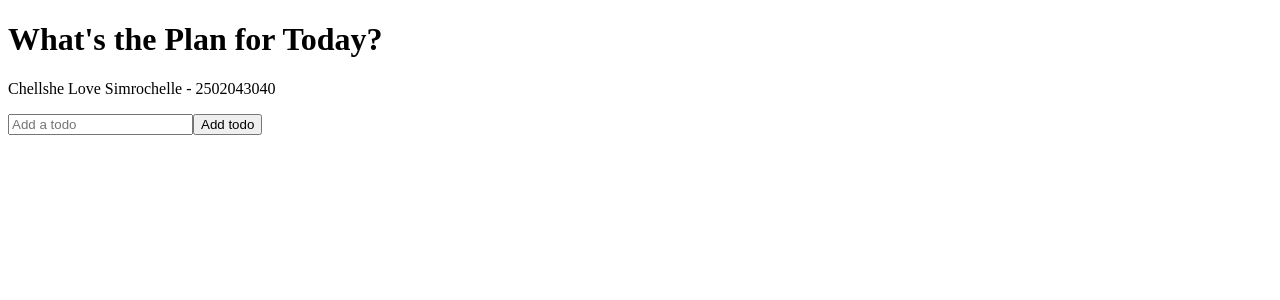
Repository: chellshelove/WADS_Assignment_TodoApp
Page: /
These files come from the project's save history. The page is drawn as it stood at one moment and after the next save; the edit follows.
The browser window is 1280 px wide. The pictures show the whole page.
The project was rebuilt for these pictures with package versions that can differ from the ones it lists, and the page was loaded fresh each time. Also part of the build but not shown: src/App.css.

Above is the page before, as saved 2023-03-09 11:04:50.

After the next save:
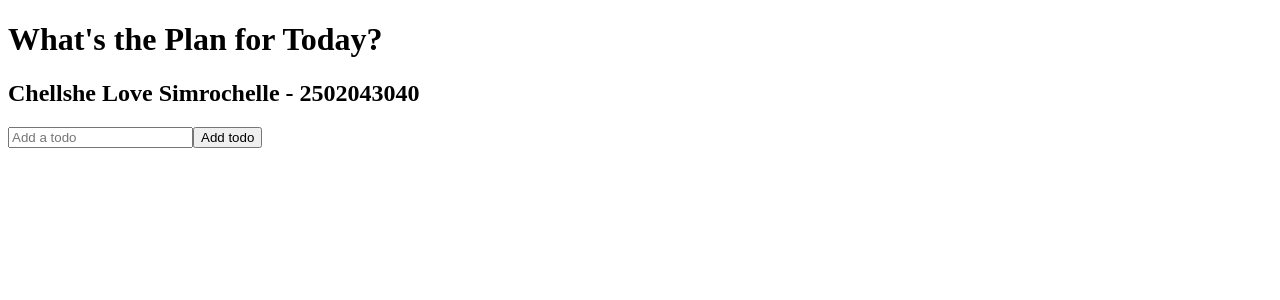
Saved 42 s later.
--- a/src/components/TodoList.js
+++ b/src/components/TodoList.js
@@ -17,7 +17,7 @@ function TodoList() {
   return (
     <div>
         <h1>What's the Plan for Today?</h1>
-        <p>Chellshe Love Simrochelle - 2502043040</p>
+        <h2>Chellshe Love Simrochelle - 2502043040</h2>
         <TodoForm onSubmit={addTodo}/>
     </div>
   )
